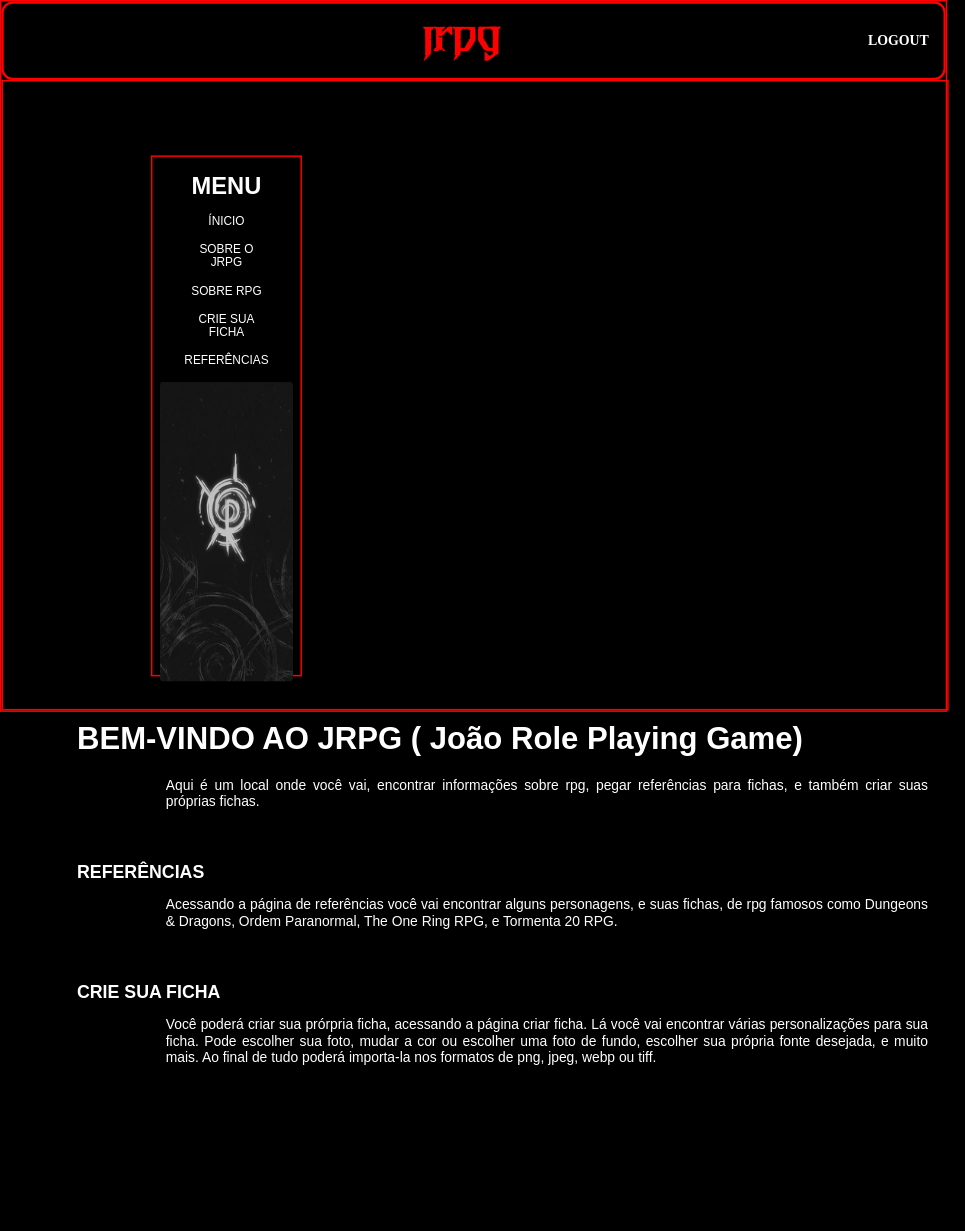
Repository: jpmaffei18/PROJETO_JAVA
Page: http://localhost/FinalWeb/home.jsp
An editor plug-in stored every save of this project. The page is shown before and after the next save, followed by the edit.
The browser window is 1280 px wide. The page is 1304 px wide, so the pictures cover 1304 px, including what lies to the right of the window. The pictures show the whole page, at 74% of full size.
Some web fonts or font styles are not loaded; a fallback is used. The page is served by Tomcat 9.

Above is the page before, as saved 2023-04-12 11:58:50.

After the next save:
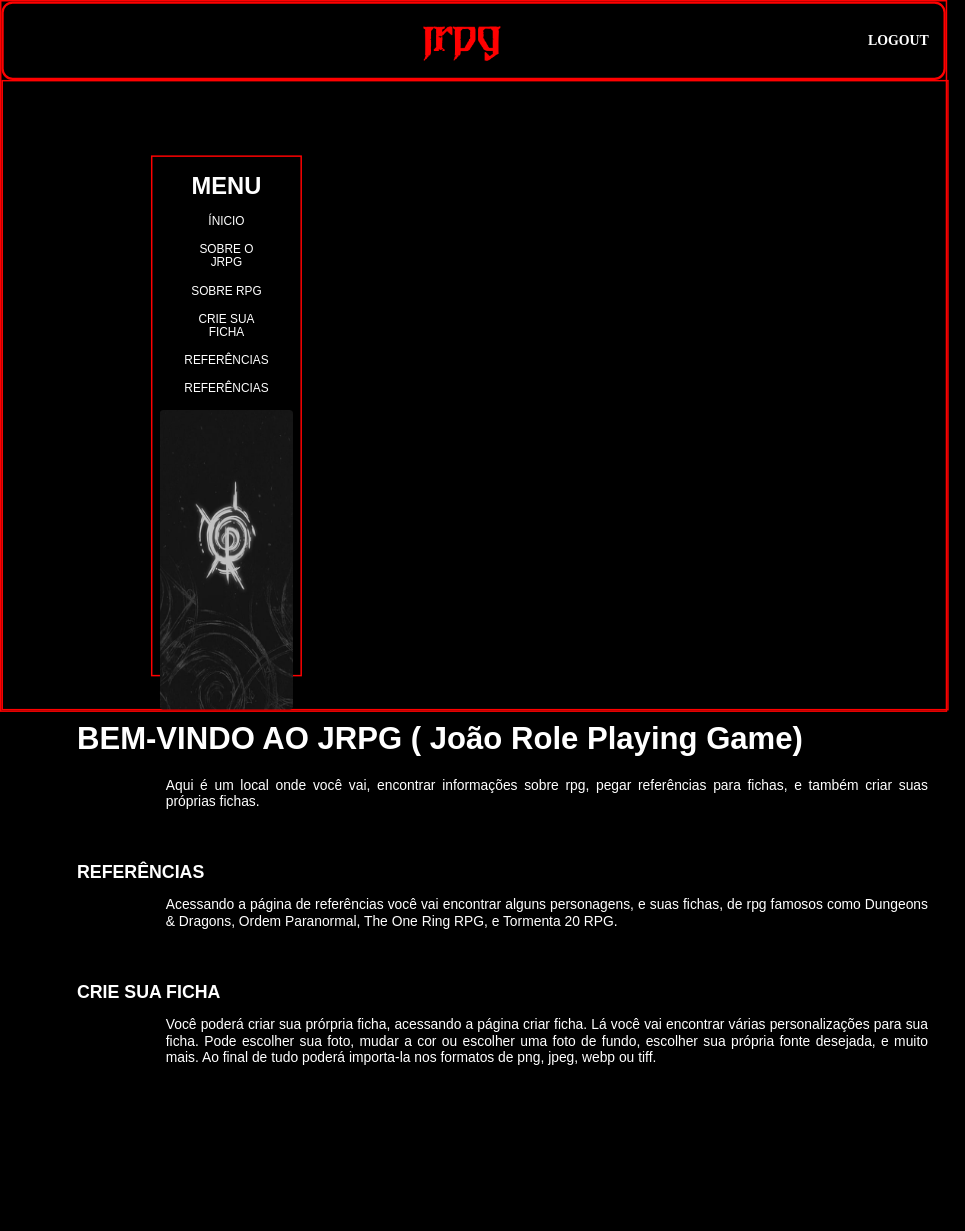
Saved 4 min 13 s later.
--- a/FinalWeb/src/main/webapp/home.jsp
+++ b/FinalWeb/src/main/webapp/home.jsp
@@ -42,6 +42,10 @@
                 <a href="#">
                     <li> REFERÊNCIAS </li>
                 </a>
+
+                <a href="#">
+                    <li> REFERÊNCIAS </li>
+                </a>
             </ul>
 
             <img src="imagens/foto_menu_lateral.jpg">
